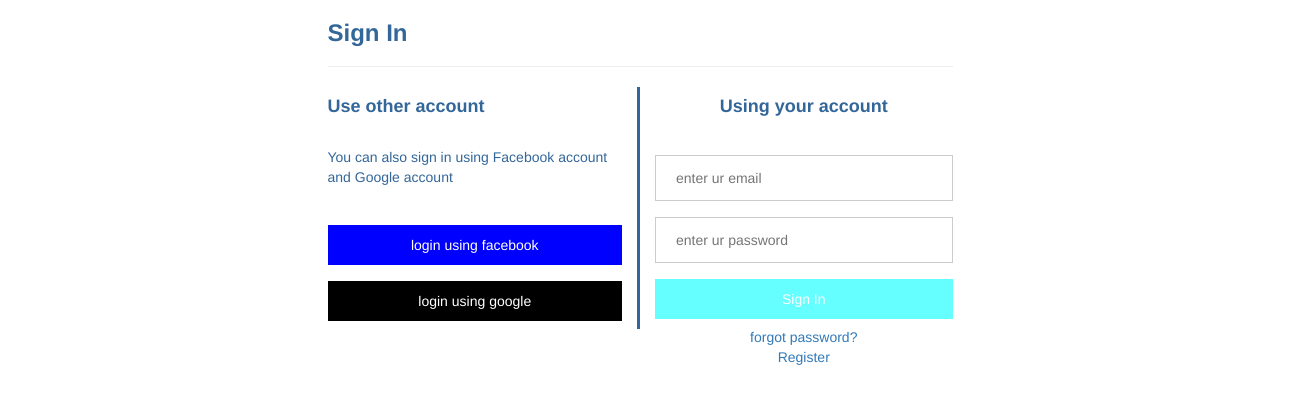
Repository: sujay-a-v/FunctionalPrograms
Page: http://localhost/CollegeApp/Signin.jsp
The author's editor kept a copy of each file at every save. The page is drawn from the files as they stood at one save, then again after the next save.
The browser window is 1280 px wide. The page is 1295 px wide, so the pictures cover 1295 px, including what lies to the right of the window. The pictures show the whole page.
Some web libraries are served in a nearby version. The page is served by Tomcat 9. Other server files are loaded and not shown.

Above is the page before, as saved 2017-10-29 05:36:37.
Console error: ReferenceError: $ is not defined

### Sujay/Servlet/CollegeApp/WebContent/Signin.jsp
<%@ page language="java" contentType="text/html; charset=UTF-8"
    pageEncoding="UTF-8"%>
<!DOCTYPE html PUBLIC "-//W3C//DTD HTML 4.01 Transitional//EN" "http://www.w3.org/TR/html4/loose.dtd">
<html>

<head>
<meta http-equiv="Content-Type" content="text/html; charset=UTF-8">
<title>LogIn page</title>
 <script type="text/javascript" src="javaScript/forgetpassword.js"></script>
<link href="cssFolder/login.css" rel="stylesheet" type="text/css">

<link rel="stylesheet" href="https://maxcdn.bootstrapcdn.com/bootstrap/3.3.7/css/bootstrap.min.css">
  <script src="https://ajax.googleapis.com/ajax/libs/jquery/3.2.1/jquery.min.js"></script>
  <script src="https://maxcdn.bootstrapcdn.com/bootstrap/3.3.7/js/bootstrap.min.js"></script>

</head>

<body >

<%
response.setHeader("Cache-Control", "no-cache");
response.setHeader("Cache-Control", "no-store");
response.setHeader("Pragma", "no-cache");
response.setDateHeader("Expires", 0);
String error = (String) session.getAttribute("error");

if(error!=null || error!="")
{
	error=null;
%>

	<!-- <p>Email or Password wrong</p>  -->

	<!-- <script >
	alert("Email or Password wrong");
	</script> -->
<%}

 %>

<!-- <div class="container"> -->
	<!-- <form name="loginpage" action="Verify" method="post"> -->
		<div align="center" style="color: #336699">


				<div class="row" >
					<div class="col-sm-3"></div>
					<div class="col-sm-6">
						<h3 align="left"><b>Sign In</b></h3>
						<hr >

						<div class="row">
							<div class="col-sm-6 vert">
								<h4 align="left"><b>Use other account</b></h4>
								<br>
								<p align="left" style="font-size:10">You can also sign in using Facebook account and Google
									account</p>
								<br>

								<button type="button" class="fbbutton" onclick="#">login using facebook</button>
								<br>

								<button type="button" class="gbutton">login using google</button>
								<br>

							</div>

							<div class="col-sm-6">

								<form name="loginpage" action="Verify" method="post">

								<h4 align="center"><b>Using your account</b></h4>
								<br> <input type="text" name="email"
									placeholder="enter ur email"> <br> <input
									type="password" name="Password" placeholder="enter ur password">
								<br> <input type="submit" value="Sign In"> <br>
								<!-- <a href="#" align="left">forgot password?</a><br> -->
								<a data-toggle="modal" data-target="#myModal" style="align:'left'">forgot password?    </a><br>
								<a href="Register.jsp">Register</a>

								</form>

							</div>


						</div>


					</div>
					<div class="col-sm-3"></div>
				</div>
			</div>
		</div>

	<!-- </div> -->


	<div class="modal fade" id="myModal" role="dialog">
    <div class="modal-dialog">

      <!-- Modal content-->
      <div class="modal-content">
        <div class="modal-header">
          <button type="button" class="close" data-dismiss="modal">&times;</button>
          <h4 class="modal-title">Forget Password</h4>
        </div>
        <!-- <form action="ForgetPW" method="post"> -->
        <div class="modal-body">
          <p>Enter your email</P>
          <input type="text" name="email" id="email">
        </div>
        <div class="modal-footer">

          <button type="button" class="btn btn-default" data-dismiss="modal">Close</button>
          <button type="submit" class="btn btn-default" onclick="forget()" >submit</button>

        </div>
       <!--  </form> -->
      </div>

    </div>
  </div>

  <!-- Modal -->
  <div class="modal fade" id="myModal1" role="dialog">
    <div class="modal-dialog">

      <!-- Modal content-->
      <div class="modal-content">

        <div class="modal-body">
          <p>your password .</p>

          <p ></p>
        </div>
        <div class="modal-footer">
          <button type="button" class="btn btn-default" data-dismiss="modal">Close</button>
        </div>
      </div>

    </div>
  </div>

</body>
</html>

### Sujay/Servlet/CollegeApp/WebContent/javaScript/forgetpassword.js
$('document').ready(function() {
	});

	function forget(){
		$.ajax({
			url : 'ForgetPW',
			type : 'post',
			data : {
				email : $("#email").val(),
			},
			success : function(data) {

				/*$('#password').val(data),*/
				$('#myModal').modal('hide');
				/*$('#myModal1').html(data).modal('show');*/
				alert("Your password is \n \n"+data);

			}

		});
	}

### Sujay/Servlet/CollegeApp/WebContent/cssFolder/login.css
@CHARSET "UTF-8";

hr{
background: black;
}

body{
	width: 100%;
}

input[type=text], input[type=password] {
    width: 100%;
    padding: 12px 20px;
    margin: 8px 0;
    display: inline-block;
    border: 1px solid #ccc;
    box-sizing: border-box;
}

input[type=submit] {
    background-color: #66ffff;
    color: white;
    padding: 10px 20px;
    margin: 8px 0;
    border: 1px;
    cursor: pointer;
    width: 100%;
}

.container{

}

.fbbutton {
	background-color:#0000ff;
	color: white;
	padding: 10px 20px;
	margin: 8px 0;
	border: 2px;
	cursor: pointer;
	width: 100%;
}

.gbutton {
	background-color:black;
	color: white;
	padding: 10px 20px;
	margin: 8px 0;
	border: 2px;
	cursor: pointer;
	width: 100%;
}

.vert{
border-right:  solid ;


}

After the next save:
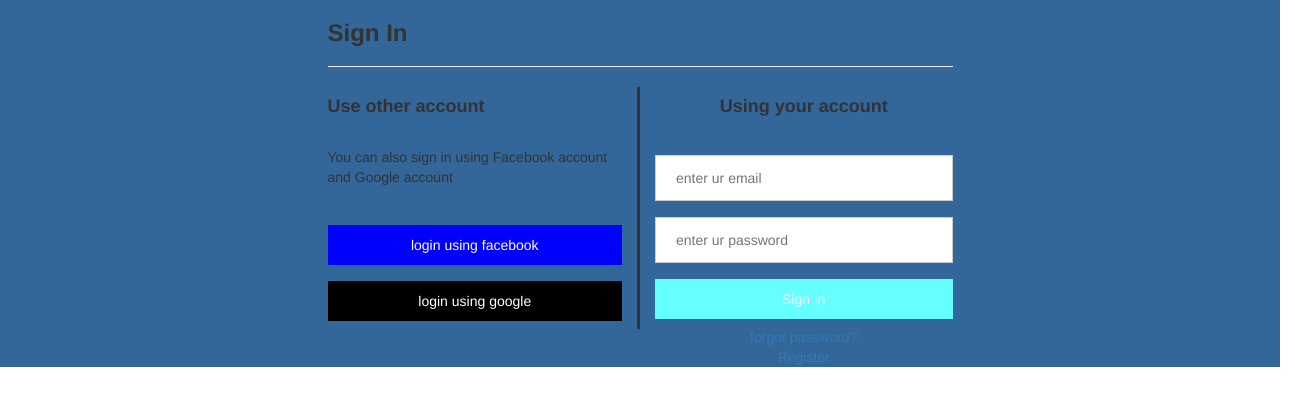
Saved 90 s later.
--- a/Sujay/Servlet/CollegeApp/WebContent/Signin.jsp
+++ b/Sujay/Servlet/CollegeApp/WebContent/Signin.jsp
@@ -40,7 +40,7 @@ if(error!=null || error!="")
 
 <!-- <div class="container"> -->
 	<!-- <form name="loginpage" action="Verify" method="post"> -->
-		<div align="center" style="color: #336699">
+		<div align="center" style="background-color: #336699">
 
 
 				<div class="row" >
